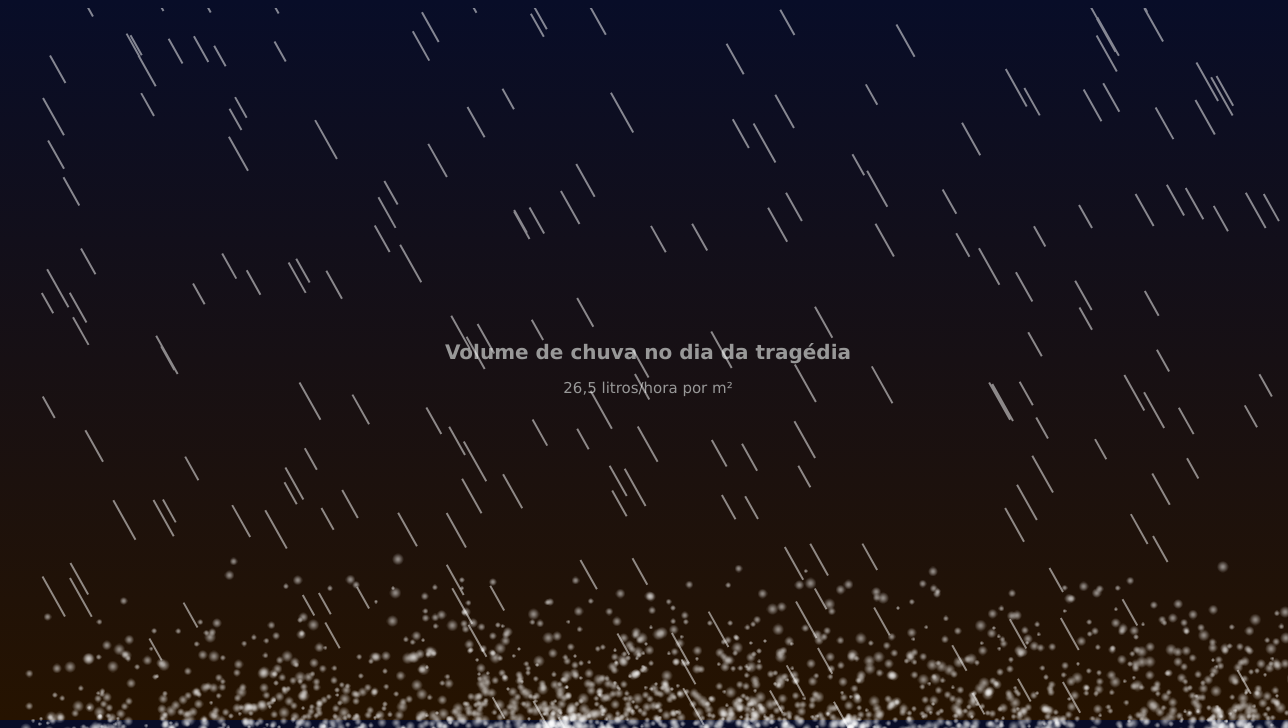
Repository: lucasthaynan/chuvas-estadao
Page: index.html
An editor plug-in stored every save of this project. The page is shown before and after the next save, followed by the edit.
The browser window is 1280 px wide. The page is 1288 px wide, so the pictures cover 1288 px, including what lies to the right of the window. The pictures show the whole page.

Above is the page before, as saved 2023-02-24 10:21:26.
Console error: ReferenceError: dat is not defined

### index.html
<!DOCTYPE html>
<html lang="en">
<head>
    <meta charset="UTF-8">
    <meta http-equiv="X-UA-Compatible" content="IE=edge">
    <meta name="viewport" content="width=device-width, initial-scale=1.0">
    <link rel="stylesheet" href="./style.css">
    <title>Document</title>
</head>
<body>

    <div id="instructions"></div>
    <canvas id="canvas">Canvas is not supported in your browser

    </canvas>

    <div class="text">
        <p>Volume de chuva no dia da tragédia</p>
        <p class="desc">26,5 litros/hora por m²</p>
    </div>


    <script src="./main.js"></script>
</body>
</html>

### style.css
html, body, canvas, #instructions {
	position: absolute;
	width: 100%;
	height: 100%;
}
body {
background: -moz-linear-gradient(top,  rgba(8,13,40,1) 0%, rgba(38,19,0,1) 100%); /* FF3.6-15 */
background: linear-gradient(to bottom,  rgb(37 46 93) 0%,hsl(242deg 80% 60% / 93%) 100%);
background: -webkit-linear-gradient(top,  rgba(8,13,40,1) 0%,rgba(38,19,0,1) 100%); /* Chrome10-25,Safari5.1-6 */
/* background: linear-gradient(to bottom,  rgba(8,13,40,1) 0%,rgba(38,19,0,1) 100%); W3C, IE10+, FF16+, Chrome26+, Opera12+, Safari7+ */
}

#instructions {
	opacity: 1;
	transition: opacity 2s;
	background-repeat: no-repeat;
	background-position: center center;
	background-size: contain;
	/* background-image: url(data:[embedded picture, 1818 characters]);
	 */
	@media (max-height: 400px) {
		display: none;
	}
}


.text {
    display: flex;
    justify-content: center;
    width: 100vw;
    height: 100%;
    /* align-content: center; */
    align-items: center;
    flex-direction: column;
    flex-wrap: nowrap;
    gap: 15px;
}

p {
    margin: 0;
    font-weight: 800;
    color: #989898;
    font-size: 20px;
    font-family:'Lucida Sans', 'Lucida Sans Regular', 'Lucida Grande', 'Lucida Sans Unicode', Geneva, Verdana, sans-serif;
}

p.desc {
    font-size: 15px;
    font-weight: 500;
}

### main.js
// Falling rain simulation using 2D canvas
// - vanilla JS, no frameworks
// - framerate independent physics
// - slow-mo / fast-forward support via demo.speed
// - supports high-DPI screens
// - falling rain particles are drawn as vector lines
// - splash particles are lazily pre-rendered so gradients aren't computed each frame
// - all particles make use of object pooling to further boost performance

// initialize
document.addEventListener("DOMContentLoaded", function() {
	demo.init();
	window.addEventListener('resize', demo.resize);
});

// demo namespace
var demo = {
	// CUSTOMIZABLE PROPERTIES
	// - physics speed multiplier: allows slowing down or speeding up simulation
	speed: 1,
	// - color of particles
	color: {
		r: '255',
		g: '255',
		b: '255',
		a: '0.5'
	},

	// END CUSTOMIZATION
	// whether demo is running
	started: false,
	// canvas and associated context references
	canvas: null,
	ctx: null,
	// viewport dimensions (DIPs)
	width: 0,
	height: 0,
	// devicePixelRatio alias (should only be used for rendering, physics shouldn't care)
	dpr: window.devicePixelRatio || 1,
	// time since last drop
	drop_time: 0,
	// ideal time between drops (changed with mouse/finger)
    drop_delay: 2.5,
	// drop_delay: 156,
	// wind applied to rain (changed with mouse/finger)
    wind: 15,
	// wind: 5,
	// color of rain (set in init)
	rain_color: null,
	rain_color_clear: null,
	// rain particles
	rain: [],
	rain_pool: [],
	// rain droplet (splash) particles
	drops: [],
	drop_pool: []
};

// demo initialization (should only run once)
demo.init = function() {
	if (!demo.started) {
		demo.started = true;
		demo.canvas = document.getElementById('canvas');
		demo.ctx = demo.canvas.getContext('2d');
		var c = demo.color;
		demo.rain_color = 'rgba(' + c.r + ',' + c.g + ',' + c.b + ',' + c.a + ')';
		demo.rain_color_clear = 'rgba(' + c.r + ',' + c.g + ',' + c.b + ',0)';
		demo.resize();
		Ticker.addListener(demo.step);

		//
		const gui = new dat.GUI();
		gui.add(demo, 'speed', 0.2, 2);

		// fade out instructions after a few seconds
		var instructions = document.getElementById('instructions');
		setTimeout(function() {
			instructions.style.opacity = 0;
			setTimeout(function(){
				instructions.parentNode.removeChild(instructions);
			}, 2000);
		}, 4000);
	}
}

// (re)size canvas (clears all particles)
demo.resize = function() {
	// localize common references
	var rain = demo.rain;
	var drops = demo.drops;
	// recycle particles
	for (var i = rain.length - 1; i >= 0; i--) {
			rain.pop().recycle();
	}
	for (var i = drops.length - 1; i >= 0; i--) {
			drops.pop().recycle();
	}
	// resize
	demo.width = window.innerWidth;
	demo.height = window.innerHeight;
	demo.canvas.width = demo.width * demo.dpr;
	demo.canvas.height = demo.height * demo.dpr;
}

demo.step = function(time, lag) {
	// localize common references
	var demo = window.demo;
	var speed = demo.speed;
	var width = demo.width;
	var height = demo.height;
	var wind = demo.wind;
	var rain = demo.rain;
	var rain_pool = demo.rain_pool;
	var drops = demo.drops;
	var drop_pool = demo.drop_pool;

	// multiplier for physics
	var multiplier = speed * lag;

	// spawn drops
	demo.drop_time += time * speed;
	while (demo.drop_time > demo.drop_delay) {
		demo.drop_time -= demo.drop_delay;
		var new_rain = rain_pool.pop() || new Rain();
		new_rain.init();
		var wind_expand = Math.abs(height / new_rain.speed * wind); // expand spawn width as wind increases
		var spawn_x = Math.random() * (width + wind_expand);
		if (wind > 0) spawn_x -= wind_expand;
		new_rain.x = spawn_x;
		rain.push(new_rain);
	}

	// rain physics
	for (var i = rain.length - 1; i >= 0; i--) {
		var r = rain[i];
		r.y += r.speed * r.z * multiplier;
		r.x += r.z * wind * multiplier;
		// remove rain when out of view
		if (r.y > height) {
			// if rain reached bottom of view, show a splash
			r.splash();
		}
		// recycle rain
		if (r.y > height + Rain.height * r.z || (wind < 0 && r.x < wind) || (wind > 0 && r.x > width + wind)) {
			r.recycle();
			rain.splice(i, 1);
		}
	}

	// splash drop physics
	var drop_max_speed = Drop.max_speed;
	for (var i = drops.length - 1; i >= 0; i--) {
		var d = drops[i];
		d.x += d.speed_x * multiplier;
		d.y += d.speed_y * multiplier;
		// apply gravity - magic number 0.3 represents a faked gravity constant
		d.speed_y += 0.3 * multiplier;
		// apply wind (but scale back the force)
		d.speed_x += wind / 25 * multiplier;
		if (d.speed_x < -drop_max_speed) {
			d.speed_x = -drop_max_speed;
		}else if (d.speed_x > drop_max_speed) {
			d.speed_x = drop_max_speed;
		}
		// recycle
		if (d.y > height + d.radius) {
			d.recycle();
			drops.splice(i, 1);
		}
	}

	demo.draw();
}

demo.draw = function() {
	// localize common references
	var demo = window.demo;
	var width = demo.width;
	var height = demo.height;
	var dpr = demo.dpr;
	var rain = demo.rain;
	var drops = demo.drops;
	var ctx = demo.ctx;

	// start fresh
	ctx.clearRect(0, 0, width*dpr, height*dpr);

	// draw rain (trace all paths first, then stroke once)
	ctx.beginPath();
	var rain_height = Rain.height * dpr;
	for (var i = rain.length - 1; i >= 0; i--) {
		var r = rain[i];
		var real_x = r.x * dpr;
		var real_y = r.y * dpr;
		ctx.moveTo(real_x, real_y);
		// magic number 1.5 compensates for lack of trig in drawing angled rain
		ctx.lineTo(real_x - demo.wind * r.z * dpr * 1.5, real_y - rain_height * r.z);
	}
	ctx.lineWidth = Rain.width * dpr;
	ctx.strokeStyle = demo.rain_color;
	ctx.stroke();

	// draw splash drops (just copy pre-rendered canvas)
	for (var i = drops.length - 1; i >= 0; i--) {
		var d = drops[i];
		var real_x = d.x * dpr - d.radius;
		var real_y = d.y * dpr - d.radius;
		ctx.drawImage(d.canvas, real_x, real_y);
	}
}


// Rain definition
function Rain() {
	this.x = 0;
	this.y = 0;
	this.z = 0;
	this.speed = 25;
	this.splashed = false;
}
Rain.width = 2;

// TAMANHO DAS GOSTAS DE CHUVA - 40 = PADRAO
Rain.height = 40;
Rain.prototype.init = function() {
	this.y = Math.random() * -100;

    // VELOCIDADE DE QUEDA DA CHUVA - 0.5 + 0.5 = PADRAO
	this.z = Math.random() * 0.5 + 0.5;
	this.splashed = false;
}
Rain.prototype.recycle = function() {
	demo.rain_pool.push(this);
}
// recycle rain particle and create a burst of droplets
Rain.prototype.splash = function() {
	if (!this.splashed) {
		this.splashed = true;
		var drops = demo.drops;
		var drop_pool = demo.drop_pool;

		for (var i=0; i<16; i++) {
			var drop = drop_pool.pop() || new Drop();
			drops.push(drop);
			drop.init(this.x);
		}
	}
}


// Droplet definition
function Drop() {
	this.x = 0;
	this.y = 0;
	this.radius = Math.round(Math.random() * 4 + 2) * demo.dpr;
	this.speed_x = 0;
	this.speed_y = 0;
	this.canvas = document.createElement('canvas');
	this.ctx = this.canvas.getContext('2d');

	// render once and cache
	var diameter = this.radius * 2;
	this.canvas.width = diameter;
	this.canvas.height = diameter;

	var grd = this.ctx.createRadialGradient(this.radius, this.radius , 1, this.radius, this.radius, this.radius);
	grd.addColorStop(0, demo.rain_color);
	grd.addColorStop(1, demo.rain_color_clear);
	this.ctx.fillStyle = grd;
	this.ctx.fillRect(0, 0, diameter, diameter);
}

// DISPERCAO DOS PINGOS NO CHAO
Drop.max_speed = 10;

Drop.prototype.init = function(x) {
	this.x = x;
	this.y = demo.height;
	var angle = Math.random() * Math.PI - (Math.PI * 0.5);
	var speed = Math.random() * Drop.max_speed;
	this.speed_x = Math.sin(angle) * speed;
	this.speed_y = -Math.cos(angle) * speed;
}
Drop.prototype.recycle = function() {
	demo.drop_pool.push(this);
}




// handle interaction
demo.mouseHandler = function(evt) {
	demo.updateCursor(evt.clientX, evt.clientY);
}
demo.touchHandler = function(evt) {
	evt.preventDefault();
	var touch = evt.touches[0];
	demo.updateCursor(touch.clientX, touch.clientY);
}
demo.updateCursor = function(x, y) {
	x /= demo.width;
	y /= demo.height;
	var y_inverse = (1 - y);

	demo.drop_delay = y_inverse*y_inverse*y_inverse * 100 + 2;
	demo.wind = (x - 0.5) * 50;
}

// document.addEventListener('mousemove', demo.mouseHandler);
// document.addEventListener('touchstart', demo.touchHandler);
// document.addEventListener('touchmove', demo.touchHandler);



// Frame ticker helper module
var Ticker = (function(){
	var PUBLIC_API = {};

	// public
	// will call function reference repeatedly once registered, passing elapsed time and a lag multiplier as parameters
	PUBLIC_API.addListener = function addListener(fn) {
		if (typeof fn !== 'function') throw('Ticker.addListener() requires a function reference passed in.');

		listeners.push(fn);

		// start frame-loop lazily
		if (!started) {
			started = true;
			queueFrame();
		}
	};

	// private
	var started = false;
	var last_timestamp = 0;
	var listeners = [];
	// queue up a new frame (calls frameHandler)
	function queueFrame() {
		if (window.requestAnimationFrame) {
			requestAnimationFrame(frameHandler);
		} else {
			webkitRequestAnimationFrame(frameHandler);
		}
	}
	function frameHandler(timestamp) {
		var frame_time = timestamp - last_timestamp;
		last_timestamp = timestamp;
		// make sure negative time isn't reported (first frame can be whacky)
		if (frame_time < 0) {
			frame_time = 17;
		}
		// - cap minimum framerate to 15fps[~68ms] (assuming 60fps[~17ms] as 'normal')
		else if (frame_time > 68) {
			frame_time = 68;
		}

		// fire custom listeners
		for (var i = 0, len = listeners.length; i < len; i++) {
			listeners[i].call(window, frame_time, frame_time / 16.67);
		}

		// always queue another frame
		queueFrame();
	}

	return PUBLIC_API;
}());

After the next save:
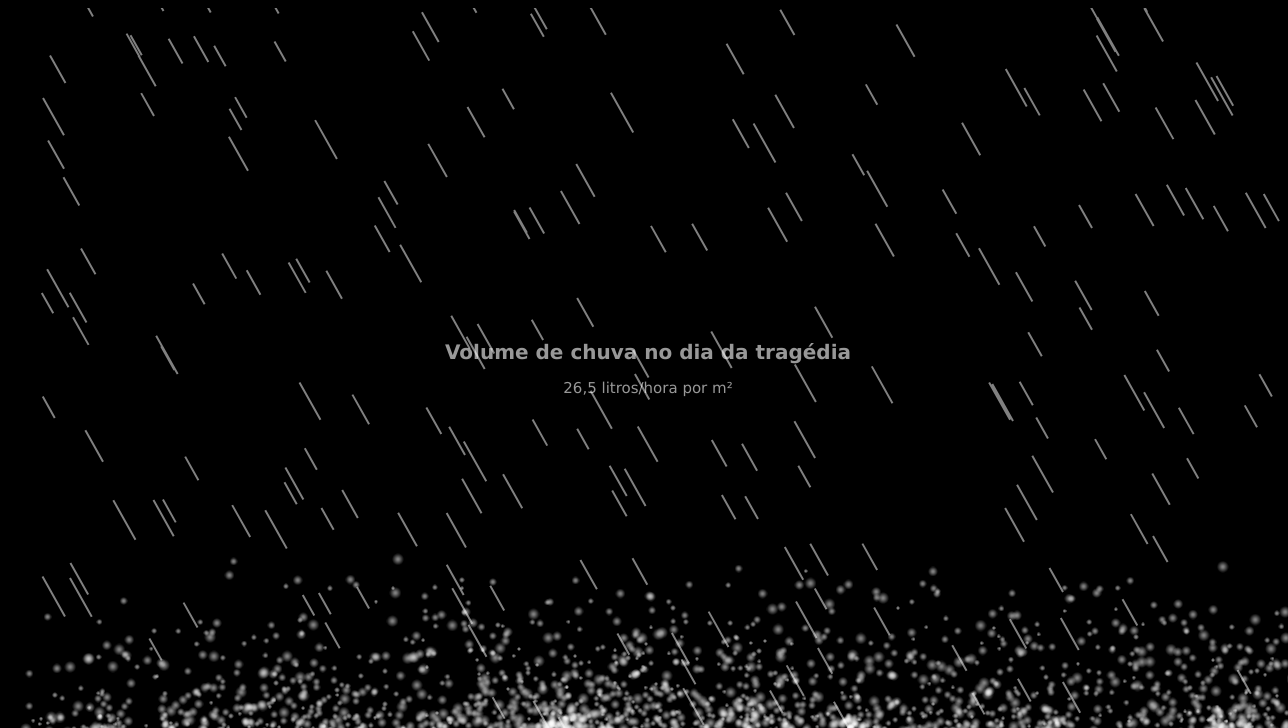
Saved 5 min 46 s later.
--- a/style.css
+++ b/style.css
@@ -4,9 +4,9 @@ html, body, canvas, #instructions {
 	height: 100%;
 }
 body {
-background: -moz-linear-gradient(top,  rgba(8,13,40,1) 0%, rgba(38,19,0,1) 100%); /* FF3.6-15 */
-background: linear-gradient(to bottom,  rgb(37 46 93) 0%,hsl(242deg 80% 60% / 93%) 100%);
-background: -webkit-linear-gradient(top,  rgba(8,13,40,1) 0%,rgba(38,19,0,1) 100%); /* Chrome10-25,Safari5.1-6 */
+background: -moz-linear-gradient(top,  rgb(0, 0, 0) 0%, rgb(0, 0, 0) 100%); /* FF3.6-15 */
+background: linear-gradient(to bottom,  rgb(0, 0, 0) 0%,rgba(0, 0, 0, 0.93) 100%);
+background: -webkit-linear-gradient(top,  rgb(0, 0, 0) 0%,rgb(0, 0, 0) 100%); /* Chrome10-25,Safari5.1-6 */
 /* background: linear-gradient(to bottom,  rgba(8,13,40,1) 0%,rgba(38,19,0,1) 100%); W3C, IE10+, FF16+, Chrome26+, Opera12+, Safari7+ */
 }
 
